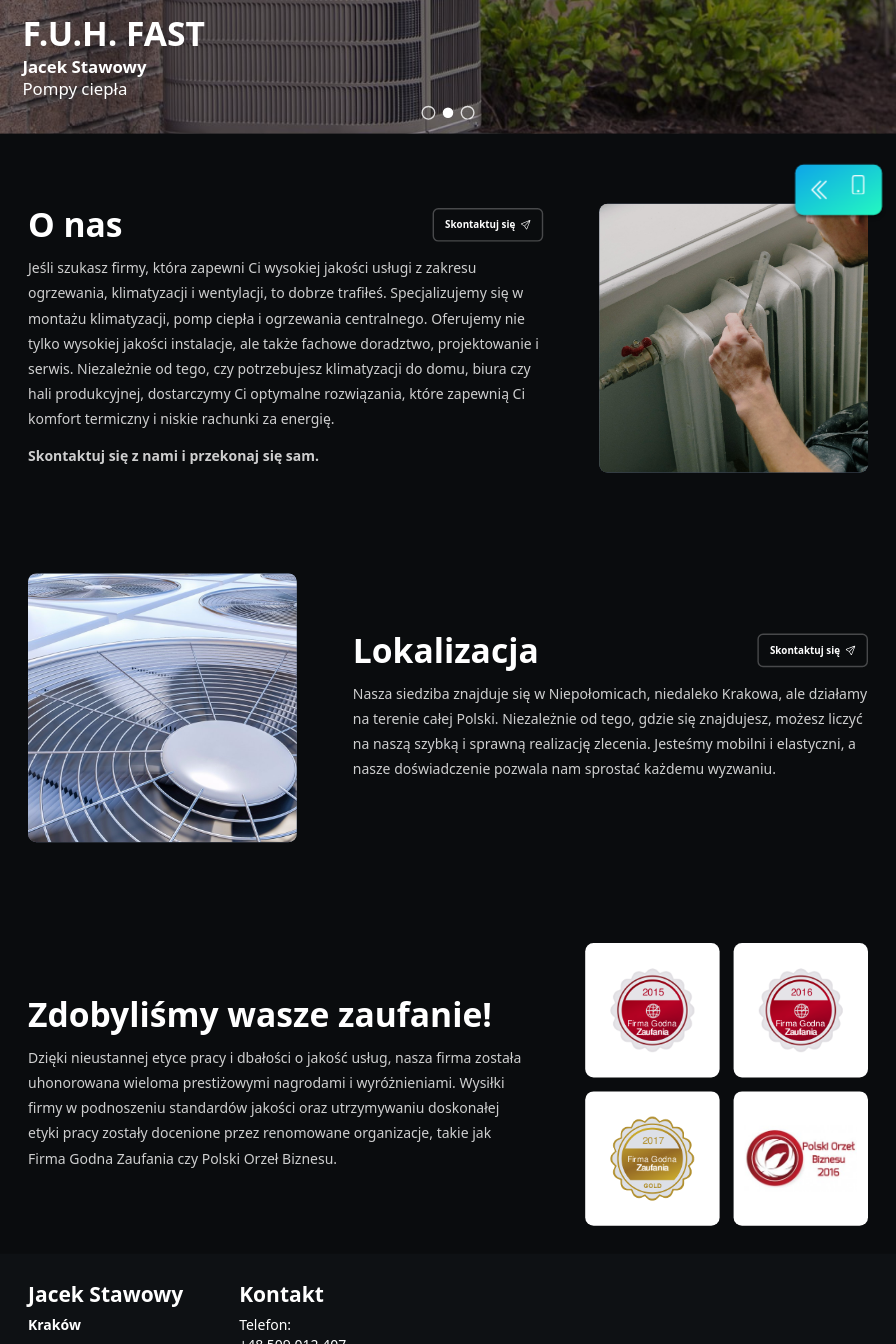
Repository: piotrokrutniak/Fast-CompanyWebsite
Page: /
These files come from the project's save history. The page is drawn as it stood at one moment and after the next save; the edit follows.
The browser window is 1280 px wide. The pictures show the part of the page from y = 393 to 2313 px (the page is 2580 px tall before and 2612 px after), at 70% of full size.
The project was rebuilt for these pictures with package versions that can differ from the ones it lists, and the page was loaded fresh each time. The framework's server and built-in components were replaced by stand-ins that run in the browser. Also part of the build but not shown: next.config.js.

Above is the page before, as saved 2023-10-23 00:23:01.

### src/app/layout.js
import FootBar from './components/footbar/footbar'
import Navbar from './components/navbar/navbar'
import QuickContact from './components/quickContact'
import './globals.css'
import { Inter } from 'next/font/google'

const inter = Inter({ subsets: ['latin'] })

export const metadata = {
  title: 'Fast - Klimatyzacje Kraków-Niepołomice',
  description: 'F.U.H. Fast Jacek Stawowy - Montaż klimatyzacji, pomp ciepła i ogrzewania centralnego, Kraków-Niepołomice',
}

export default function RootLayout({ children }) {
  return (
    <html lang="pl" className="!scroll-smooth">
      <body className='bg-black min-w-mobile w-screen overflow-x-clip'>
        <div className='bg-slate-500/10 min-h-screen min-w-mobile relative w-screen overflow-x-clip text-white'>
          <Navbar/>
          {children}
          <QuickContact/>
          <FootBar/>
        </div>
      </body>
    </html>
  )
}

### src/app/page.js
import Image from "next/image"
import ButtonBase from "./components/common/buttonBase";
import {BsSend} from "react-icons/bs"
import award2015 from "./media/img/2015.png"
import award2016 from "./media/img/2016.png"
import award2017 from "./media/img/2017gold.png"
import award2016orzel from "./media/img/pob.jpg"
import ac1 from "./media/img/air-conditioning-2.jpg"
import ac2 from "./media/img/heat-pump-2.jpg"
import ac3 from "./media/img/heating-2.jpg"
import ac4 from "./media/img/cooling.jpeg"
import Link from "next/link";
import { CarouselSlider } from "./components/common/carouselSlider";

export default function Home() {

  const slides = [
    {img: ac1, desc:"Klimatyzacje"},
    {img: ac2, desc:"Pompy ciepła"},
    {img: ac3, desc:"Instalacje grzewcze"}
  ]

  return (
    <>
    <CarouselSlider slides={slides}/>
    <main className="min-h-screen flex flex-col gap-2 sm:pt-10 md:gap-16">
      <div className="z-10 w-full items-center justify-between text-sm lg:flex p-10 max-sm:p-5">
        <div className="max-w-7xl m-auto flex gap-20 align-middle h-full max-lg:flex-col-reverse flex-row-reverse max-lg:gap-10">
          <div className="w-96 h-96 shrink-0 bg-slate-500 rounded-xl relative self-center max-lg:w-full overflow-clip">
            <Image src={ac3} layout="fill" objectFit="cover"/>
          </div>
          <div className="relative self-center">
            <div className="flex justify-between gap-5 max-lg:flex-col mb-5">
              <h1 className="text-5xl font-semibold max-sm:text-3xl">O nas</h1>
              <Link href={"/kontakt"} className="w-fit">
                <ButtonBase text="Skontaktuj się" color="black" icon={<BsSend/>} className="px-2 h-12 border-solid border-2 border-white/25 hover:border-white w-fit"/>
              </Link>
            </div>
            <p className="text-xl font-thin leading-9 max-sm:text-lg opacity-80">Jeśli szukasz firmy, która zapewni Ci wysokiej jakości usługi z zakresu ogrzewania, klimatyzacji i wentylacji, to dobrze trafiłeś. Specjalizujemy się w montażu klimatyzacji, pomp ciepła i ogrzewania centralnego. Oferujemy nie tylko wysokiej jakości instalacje, ale także fachowe doradztwo, projektowanie i serwis. Niezależnie od tego, czy potrzebujesz klimatyzacji do domu, biura czy hali produkcyjnej, dostarczymy Ci optymalne rozwiązania, które zapewnią Ci komfort termiczny i niskie rachunki za energię. </p>
            <p className="text-xl leading-9 max-sm:text-lg opacity-80 font-semibold pt-4">Skontaktuj się z nami i przekonaj się sam.</p>
          </div>
        </div>
      </div>
      <div className="z-10 w-full items-center justify-between text-sm lg:flex p-10 max-xs:p-5">
        <div className="max-w-7xl m-auto flex gap-20 align-middle h-full max-lg:flex-col-reverse max-lg:gap-10">
          <div className="w-96 h-96 shrink-0 bg-slate-500 rounded-xl relative self-center max-lg:w-full overflow-clip">
            <Image src={ac4} layout="fill" objectFit="cover"/>
          </div>
          <div className="relative self-center">
            <div className="flex justify-between gap-5 max-lg:flex-col mb-5">
              <h1 className="text-5xl font-semibold max-sm:text-3xl">Lokalizacja</h1>
              <Link href={"/kontakt"} className="w-fit">
                <ButtonBase text="Skontaktuj się" color="black" icon={<BsSend/>} className="px-2 h-12 border-solid border-2 border-white/25 hover:border-white w-fit"/>
              </Link>
            </div>
            <p className="text-xl font-thin leading-9 max-sm:text-lg opacity-80">Nasza siedziba znajduje się w Niepołomicach, niedaleko Krakowa, ale działamy na terenie całej Polski. Niezależnie od tego, gdzie się znajdujesz, możesz liczyć na naszą szybką i sprawną realizację zlecenia. Jesteśmy mobilni i elastyczni, a nasze doświadczenie pozwala nam sprostać każdemu wyzwaniu.</p>
          </div>
        </div>
      </div>
      <div className="z-10 w-full items-center justify-between text-sm lg:flex p-10 max-xs:p-5">
        <div className="max-w-7xl m-auto flex gap-20 align-middle h-full max-lg:flex-col max-lg:gap-10">
          <div className="relative self-center">
            <div className="flex justify-between max-lg:flex-col gap-5 mb-5">
              <h1 className="text-5xl font-semibold max-sm:text-3xl">Zdobyliśmy wasze zaufanie!</h1>
            </div>
            <p className="text-xl font-thin leading-9 max-sm:text-lg opacity-80">Dzięki nieustannej etyce pracy i dbałości o jakość usług, nasza firma została uhonorowana wieloma prestiżowymi nagrodami i wyróżnieniami. Wysiłki firmy w podnoszeniu standardów jakości oraz utrzymywaniu doskonałej etyki pracy zostały docenione przez renomowane organizacje, takie jak Firma Godna Zaufania czy Polski Orzeł Biznesu.</p>
          </div>
          <div className="flex self-center shrink-0 h-full max-md:pt-10 max-sm:pt-5">
            <div className="grid grid-cols-2 gap-5 self-center">
              <Link href="https://www.firmagodnazaufania.pl/about" target="_blank">
                <div className="w-48 h-48 shrink-0 bg-white rounded-xl relative items-center justify-center flex cursor-pointer max-sm:w-36 max-sm:h-36 p-4">
                  <Image src={award2015} alt="Firma Godna Zaufania 2015" className="text-black hover:scale-105 active:scale-100 transition-all" width={120} height={120}/>
                </div>
              </Link>
              <Link href="https://www.firmagodnazaufania.pl/about" target="_blank">
                <div className="w-48 h-48 shrink-0 bg-white rounded-xl relative items-center justify-center flex cursor-pointer max-sm:w-36 max-sm:h-36 p-4">
                  <Image src={award2016} alt="Firma Godna Zaufania 2015" className="text-black hover:scale-105 active:scale-100 transition-all" width={120} height={120}/>
                </div>
              </Link>
              <Link href="https://www.firmagodnazaufania.pl/about" target="_blank">
                <div className="w-48 h-48 shrink-0 bg-white rounded-xl relative items-center justify-center flex cursor-pointer max-sm:w-36 max-sm:h-36 p-4">
                  <Image src={award2017} alt="Firma Godna Zaufania 2015" className="text-black hover:scale-105 active:scale-100 transition-all" width={120} height={120}/>
                </div>
              </Link>
              <Link href="http://www.polskiorzelbiznesu.pl/" target="_blank">
                <div className="w-48 h-48 shrink-0 bg-white rounded-xl relative items-center justify-center flex cursor-pointer max-sm:w-36 max-sm:h-36 p-4">
                  <Image src={award2016orzel} alt="Firma Godna Zaufania 2015" className="text-black hover:scale-105 active:scale-100 transition-all" width={170} height={120}/>
                </div>
              </Link>
            </div>
          </div>
        </div>
      </div>
    </main>
    </>
  )
}

### src/app/components/footbar/footbar.js
import Link from "next/link";

export default function FootBar(){
    return(
        <footer className="bg-slate-500/5">
            <div className="max-w-7xl w-full max-sm:px-5 p-10 flex gap-8 sm:gap-20 m-auto">
                <div className="flex flex-col gap-3">
                    <h1 className="font-bold text-2xl md:text-3xl">Jacek Stawowy</h1>
                    <h2 className="font-semibold text-xl">Kraków</h2>
                    <h2 className="font-thin text-xl">NIP: 6791924300</h2>
                </div>

                <div className="flex flex-col gap-3">
                    <h1 className="font-bold text-2xl md:text-3xl">Kontakt</h1>
                    <h2 className="font-thin text-xl">Telefon:
                    <Link href={"tel:+48 509 012 407"} className="cursor-pointer hover:text-emerald-200">
                        <p className="whitespace-nowrap">
                            +48 509 012 407
                        </p>
                    </Link>
                    </h2>
                    <h2 className="font-thin text-xl">Email:
                    <a href={"mailto:fast@firma.pl"} className="cursor-pointer hover:text-emerald-200">
                        <p className="whitespace-nowrap">
                            fast@firma.pl
                        </p>
                    </a>
                    </h2>
                    <h2 className="font-thin text-xl">Pon-Pt 8.00-19.00</h2>
                </div>
            </div>
            <div className="bg-black flex p-10 ">
                <div className="xs:m-auto w-fit">
                    © Piotr Okrutniak 2022
                </div>
            </div>
        </footer>
    )
}

### src/app/components/navbar/navbar.js
"use client";
import { useState } from "react";
import ButtonBase from "../common/buttonBase";
import AcLogo from "../icons/ac";
import {BsList, BsXLg} from "react-icons/bs";
import Link from "next/link";

export default function Navbar(){
    const [mobileOpen, setMobileOpen] = useState(false)

    return(
        <nav className="sticky bg-black top-0 w-full py-3 px-5 sm:px-3  z-50">
            <div className="flex justify-between place-items-center mx-auto max-w-7xl h-auto align-middle">
                <Link href="/">
                    <div className="text-white text-4xl font-bold hover:cursor-pointer flex gap-2 align-middle
                        hover:text-emerald-200 hover:fill-emerald-200 fill-white active:opacity-90 transition-all">
                        <AcLogo className="h-10 w-10 top-px relative"/>
                        FAST
                    </div>
                </Link>
                <div className="align-middle gap-5 text-black transition-all ease-in hidden sm:flex">
                    <Link href="/oferta">
                        <ButtonBase text="Oferta" color="bg-transparent" className="hover:bg-slate-400/25 text-white"  onClick={() => setMobileOpen(false)}/>
                    </Link>
                    <Link href="/kontakt">
                        <ButtonBase text="Kontakt" color="bg-transparent" className="hover:bg-slate-400/25 text-white"  onClick={() => setMobileOpen(false)}/>
                    </Link>
                    <Link href="/realizacje">
                        <ButtonBase text="Realizacje" color="bg-transparent" className="hover:bg-slate-400/25 text-white"  onClick={() => setMobileOpen(false)}/>
                    </Link>
                </div>
                <div className=" sm:hidden flex">
                    <BsList className="h-12 w-12 cursor-pointer hover:fill-emerald-200 active:opacity-90" onClick={() => setMobileOpen(true)}/>
                </div>
            </div>

            <div className={`${mobileOpen ? "" : "translate-x-full"} absolute w-screen h-screen bg-black left-0 top-0 sm:hidden transition-all`}>
                <div id="mobile-header" className="flex p-3 cursor-pointer" onClick={() => setMobileOpen(false)}>
                    <BsXLg className="w-14 h-14 p-2 hover:fill-emerald-200 active:opacity-70 absolute right-4"/>
                </div>
                <div id="mobile-list" className="flex flex-col w-full gap-8 justify-center text-xl px-5 py-32">
                    <Link href="/kontakt" onClick={() => setMobileOpen(false)}>
                        <ButtonBase text="Kontakt" className="w-full py-6 px-10 bg-gradient-to-br hover:from-sky-500 hover:to-emerald-200 self-center" color="bg-slate-500/25"/>
                    </Link>
                    <Link href="/oferta" onClick={() => setMobileOpen(false)}>
                        <ButtonBase text="Oferta" className="w-full py-6 px-10 bg-gradient-to-br hover:from-sky-500 hover:to-emerald-200 self-center" color="bg-slate-500/25"/>
                    </Link>
                    <Link href="/realizacje" onClick={() => setMobileOpen(false)}>
                        <ButtonBase text="Realizacje" className="w-full py-6 px-10 bg-gradient-to-br hover:from-sky-500 hover:to-emerald-200 self-center" color="bg-slate-500/25"/>
                    </Link>
                    <Link href="/" onClick={() => setMobileOpen(false)}>
                        <ButtonBase text="Strona Główna" className="w-full py-6 px-10 bg-gradient-to-br hover:from-sky-500 hover:to-emerald-200 self-center" color="bg-slate-500/25"/>
                    </Link>
                </div>
                <div className="p-10 justify-self-center w-full text-center bottom-0 absolute">
                    © Piotr Okrutniak 2022
                </div>
            </div>
        </nav>
    )
}

### src/app/components/quickContact.js
"use client";

import Link from "next/link";
import { useState } from "react"
import {BsChevronDoubleRight, BsPhone} from "react-icons/bs"

export default function QuickContact(){
    const [folded, setFolded] = useState(true)

    function Transition(){
        setFolded((old) => !old)
    }

    return(
        <div className="bg-gradient-to-br from-sky-500 to-emerald-200 rounded-xl w-fit sm:p-5 p-3 text-base z-20
            font-normal shadow-md shadow-black/50 fixed right-5 bottom-5 flex items-center gap-4 transition-all ease-in-out whitespace-nowrap">
            <BsChevronDoubleRight className={`${folded ? "rotate-180" : "rotate-0"} transition-all ease-in h-8 w-8 cursor-pointer active:opacity-60 select-none`}
                onClick={() => Transition()}/>
            <div className="flex gap-2">
                <div className={`${folded ? "w-0" : "w-72 max-sm:w-44"} overflow-hidden transition-all ease-in flex max-sm:flex-col`}><p>Skontaktuj się z nami:</p> <Link href={"tel:+48 509 012 407"} className="cursor-pointer">+48 509 012 407</Link></div>
                <BsPhone className="h-7 w-7 animate-bounce self-center"/>
            </div>
        </div>
    )
}

### src/app/globals.css
@import 'tailwindcss/base';
@import 'tailwindcss/components';
@import 'tailwindcss/utilities';

:root {

}

@media (prefers-color-scheme: dark) {
  :root {
    --foreground-rgb: 255, 255, 255;
    scroll-behavior: smooth;
  }
}

body {
  color: rgb(var(--foreground-rgb));
  background: linear-gradient(
      to bottom,
      transparent,
      rgb(var(--background-end-rgb))
    )
    rgb(var(--background-start-rgb));
}

@layer base {
  html {
    scroll-behavior: smooth;
  }
}

### src/app/components/common/buttonBase.js
export default function ButtonBase({...props}){
    return(
        <button className={`${props.className} ${props.color ?? "bg-sky-500"} py-3 px-4 rounded-lg font-semibold active:opacity-80 flex items-center gap-2 whitespace-nowrap transition-all`}
            onClick={props.onClick}>
            {props.text} {props.icon ?? ""}
        </button>
    )
}

### src/app/components/common/carouselSlider.js
"use client"
import Image from "next/image"
import { useEffect, useRef, useState } from "react"
import { BsChevronCompactLeft, BsChevronCompactRight } from "react-icons/bs"


export function CarouselSlider({slides}){
    const [activeIndex, setActiveIndex] = useState(0)
    const [offsets, setOffsets] = useState([])

    useEffect(() => {
      slides.map((slide, x) => {
        offsets.push(`-translate-x-[${x*100}%]`);
        console.log(offsets)
      })
    }, [])


    function PrevSlide() {
      setActiveIndex(prevIndex => (prevIndex === 0 ? slides.length - 1 : prevIndex - 1))
    }

    function NextSlide() {
      setActiveIndex(prevIndex => (prevIndex === slides.length - 1 ? 0 : prevIndex + 1))
    }

    function GoToSlide(index) {
      setActiveIndex(index)
    }

    function useAutoSlide(intervalTime) {
      const intervalRef = useRef(null);

      function resetTimer() {
        clearInterval(intervalRef.current)
        startTimer()
      }

      function startTimer() {
        intervalRef.current = setInterval(() => {
          NextSlide();
        }, intervalTime)
      }

      useEffect(() => {
        startTimer()

        return () => {
          clearInterval(intervalRef.current)
        };
      }, []);

      useEffect(() => {
        resetTimer()
      }, [activeIndex])

      return resetTimer
    }

    const resetTimer = useAutoSlide(5000)

    return(
        <>
        <div className="w-full max-w-7xl relative mx-auto overflow-clip group">
        <div className={`relative w-full max-w-7xl h-128 flex overflow-visible transition-all`} style={{transform: `translateX(-${activeIndex * 100}%)`}}>
            {slides.map((image, index) => <CarouselPanel image={image} key={index} index={index} />)}
        </div>
        <div className='flex w-full justify-between center top-0 h-full place-items-center absolute p-2'>
            <div className='bg-black/10 p-2 rounded-2xl sm:hidden group-hover:block hover:bg-black/20 active:scale-95'>
                <BsChevronCompactLeft color='white' className='w-10 z-10 h-10 cursor-pointer opacity-60 hover:opacity-100
                    transition-all active:scale-95' onClick={() => PrevSlide()}/>
            </div>
            <div className='bg-black/10 p-2 z-10 rounded-2xl sm:hidden group-hover:block hover:bg-black/20 active:scale-95'>
                <BsChevronCompactRight color='white' className='w-10 h-10 cursor-pointer opacity-60 hover:opacity-100
                       transition-all active:scale-95' onClick={() => NextSlide()}/>
            </div>
        </div>
        <div className='absolute bottom-12 px-8 z-20 max-sm:px-5'>
            <div className='font-bold text-5xl relative max-sm:text-4xl'>F.U.H. FAST</div>
            <div className='font-semibold text-2xl pt-2 relative max-sm:text-xl'>Jacek Stawowy</div>
            <div className='font-thin text-2xl relative max-sm:text-lg'>{slides[activeIndex].desc}</div>
        </div>
        </div>
        <div className='flex justify-center relative gap-2 -top-10 transition-all'>
            {slides.map((slide, index) => {
                return <div key={index} onClick={() => GoToSlide(index)}
                    className={`${index === activeIndex ? "bg-white scale-75" : ""} cursor-pointer w-5 h-5 border-solid border-2 border-white/80
                    rounded-full hover:scale-110`}/>
            })}
        </div>
        </>
    )
}

function CarouselPanel({image, index}){
    const offset = `left-[${index * 100}%]`
    return (
        <div className={`w-full h-full absolute ${offset}`}>
            <Image src={image.img} alt={image.desc} layout='fill' objectFit='cover' className="h-full opacity-60"/>
        </div>
        )
}

### src/app/components/icons/ac.js
export default function AcLogo({...props}){
    return(
        <svg
            xmlns="http://www.w3.org/2000/svg"
            xmlSpace="preserve"
            width={800}
            height={800}
            viewBox="0 0 507.802 507.802"
            {...props}
        >
            <path d="M465.7 47.901H42.3c-23.3 0-42.3 18.9-42.3 42.3v313.3c0 23.3 19 42.3 42.3 42.3h16.1c0 7.8 6.3 14.1 14.1 14.1H139c7.8 0 14.1-6.3 14.1-14.1h201.6c0 7.8 6.3 14.1 14.1 14.1h66.5c7.8 0 14.1-6.3 14.1-14.1h16.1c23.3 0 42.3-19 42.3-42.3v-313.3c.2-23.4-18.8-42.3-42.1-42.3zm0 369.7H42.3c-7.8 0-14.1-6.3-14.1-14.1v-313.3c0-7.8 6.3-14.1 14.1-14.1h423.3c7.8 0 14.1 6.3 14.1 14.1v313.3h.1c0 7.8-6.3 14.1-14.1 14.1z" />
            <path d="M435.6 107.801H391c-7.8 0-14.1 6.3-14.1 14.1s6.3 14.1 14.1 14.1h44.6c7.8 0 14.1-6.3 14.1-14.1s-6.3-14.1-14.1-14.1zM435.6 161.601H391c-7.8 0-14.1 6.3-14.1 14.1s6.3 14.1 14.1 14.1h44.6c7.8 0 14.1-6.3 14.1-14.1s-6.3-14.1-14.1-14.1zM435.6 215.301H391c-7.8 0-14.1 6.3-14.1 14.1s6.3 14.1 14.1 14.1h44.6c7.8 0 14.1-6.3 14.1-14.1s-6.3-14.1-14.1-14.1zM435.6 269.101H391c-7.8 0-14.1 6.3-14.1 14.1s6.3 14.1 14.1 14.1h44.6c7.8 0 14.1-6.3 14.1-14.1s-6.3-14.1-14.1-14.1zM198.3 99.701c-81.1 0-147.1 66-147.1 147.1s66 147.1 147.1 147.1 147.1-66 147.1-147.1-66-147.1-147.1-147.1zm-80.9 233.9c-2-1.9-3.9-3.8-5.8-5.8h5.8v5.8zm0-34H92c-5.9-11.9-10-24.9-11.6-38.6h37v38.6zm0-66.9h-37c1.6-13.7 5.6-26.7 11.6-38.6h25.4v38.6zm0-66.8h-5.8c1.9-2 3.8-3.9 5.8-5.8v5.8zm66.8 198.9c-13.7-1.6-26.7-5.7-38.6-11.6v-25.4h38.6v37zm0-65.2h-38.6v-38.6h38.6v38.6zm0-66.9h-38.6v-38.6h38.6v38.6zm0-66.8h-38.6v-25.4c11.9-5.9 24.9-10 38.6-11.6v37zm95.1-5.8c2 1.9 3.9 3.8 5.8 5.8h-5.8v-5.8zm0 34h25.4c5.9 11.9 10 24.9 11.6 38.6h-37v-38.6zm-28.2 159.1c-11.9 5.9-24.9 10-38.6 11.6v-37h38.6v25.4zm0-53.6h-38.6v-38.6h38.6v38.6zm0-66.9h-38.6v-38.6h38.6v38.6zm0-66.8h-38.6v-37c13.7 1.6 26.7 5.7 38.6 11.6v25.4zm28.2 167.7v-5.8h5.8c-1.9 2-3.8 4-5.8 5.8zm0-34v-38.6h37c-1.6 13.7-5.7 26.7-11.6 38.6h-25.4z" />
        </svg>
    )
}

### tailwind.config.js
/** @type {import('tailwindcss').Config} */
module.exports = {
  mode: 'jit',
  content: [
    './src/pages/**/*.{js,ts,jsx,tsx,mdx}',
    './src/components/**/*.{js,ts,jsx,tsx,mdx}',
    './src/app/**/*.{js,ts,jsx,tsx,mdx}',
  ],
  theme: {
    extend: {
      backgroundImage: {
        'gradient-radial': 'radial-gradient(var(--tw-gradient-stops))',
        'gradient-conic':
          'conic-gradient(from 180deg at 50% 50%, var(--tw-gradient-stops))',
      },
      height:{
        'screen-1/2': '50vh',
        'screen-1/4': '25vh',
        'screen-3/4': '75vh',
        'screen-3/5': '60vh',
        'screen-2/3': '66vh',
        'screen-1/3': '33vh',
        '112': '28rem',
        '128': '32rem',
      },
      minHeight:{
        'screen-1/2': '50vh',
        'screen-1/4': '25vh',
        'screen-3/4': '75vh',
        'screen-2/3': '66vh',
        'screen-1/3': '33vh',
        '112': '28rem',
        '128': '32rem',
      },
      width:{
        '112': '28rem',
        '128': '32rem',
      },
      colors:{
        "emerald":{
          "50": "#b0fde8",
          "100": "#60FBD2",
          "200": "#24F9C1",
          "400": "#06EFB1",
          "500": "#06d6a0",
        }
      },
      minWidth:{
        'mobile': '360px',
        '54': '258px',
      },
      screens:{
        'xs': '580px',
        '850': '850px',
      },
    },
  },
  plugins: [],
}

After the next save:
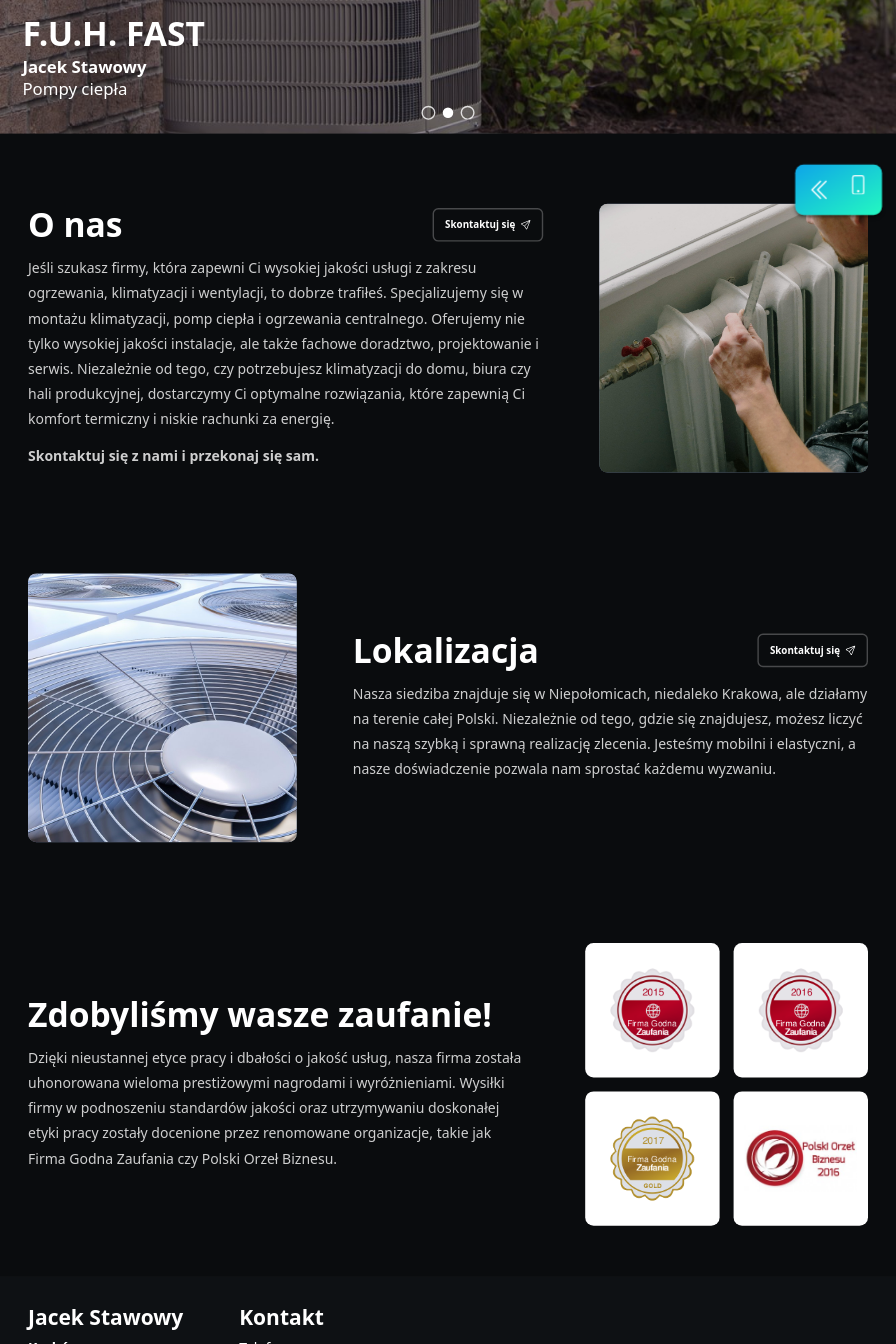
Saved 14 s later.
--- a/src/app/components/footbar/footbar.js
+++ b/src/app/components/footbar/footbar.js
@@ -2,7 +2,7 @@ import Link from "next/link";
 
 export default function FootBar(){
     return(
-        <footer className="bg-slate-500/5">
+        <footer className="bg-slate-500/5 mt-8">
             <div className="max-w-7xl w-full max-sm:px-5 p-10 flex gap-8 sm:gap-20 m-auto">
                 <div className="flex flex-col gap-3">
                     <h1 className="font-bold text-2xl md:text-3xl">Jacek Stawowy</h1>
